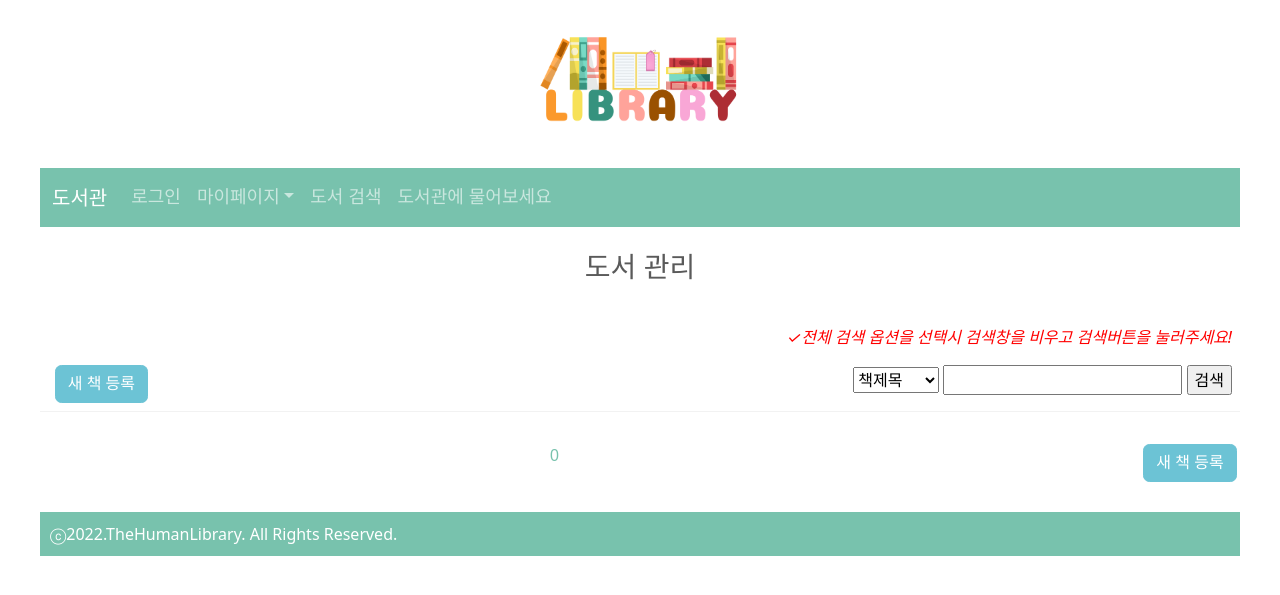
Repository: ahnbin00/Library
Page: http://localhost/BookRental/WEB-INF/book/manageBookList.jsp
These files come from the project's save history. The page is drawn as it stood at one moment and after the next save; the edit follows.
The browser window is 1280 px wide. The pictures show the whole page.
Some web fonts or font styles are not loaded; a fallback is used. Some web libraries are served in a nearby version. The page is served by Tomcat 9. Nobody is signed in. The template is opened directly, without the code that normally fills it, so the values that code supplies are empty.

Above is the page before, as saved 2022-12-23 10:25:53.

After the next save:
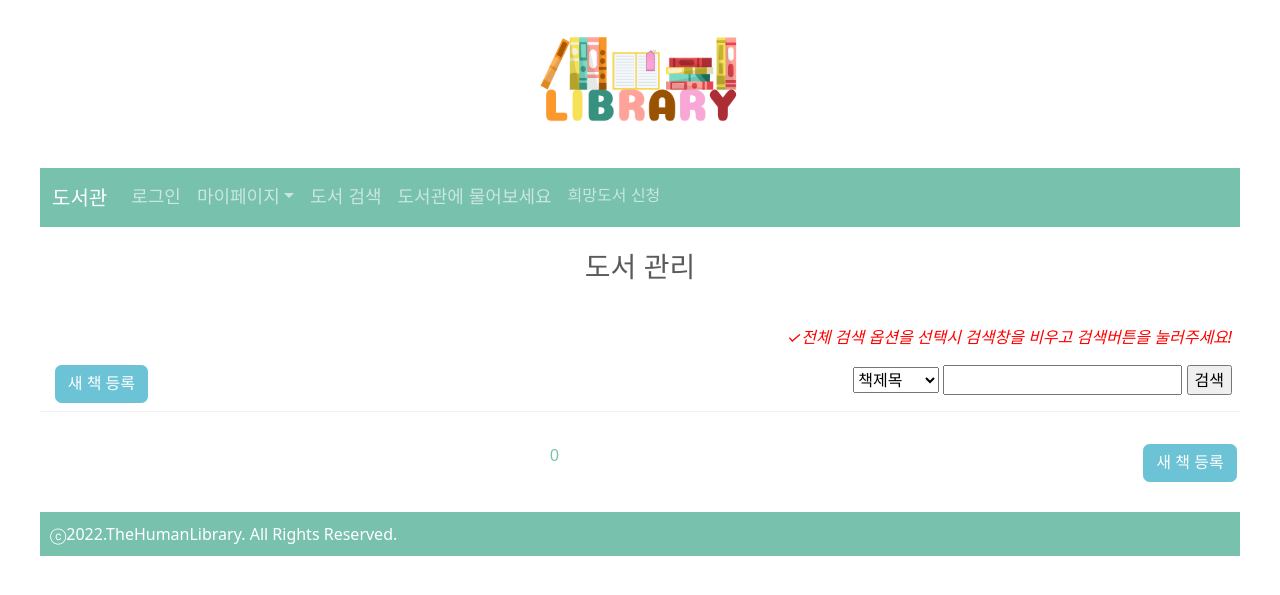
Saved 41 min 38 s later.
--- a/BookRental/src/main/webapp/WEB-INF/book/banner.jsp
+++ b/BookRental/src/main/webapp/WEB-INF/book/banner.jsp
@@ -75,6 +75,9 @@ font-family: 'Jua', sans-serif;
         <li class="nav-item">
           <a class="nav-link" href="getQnaList.do" style="font-size:18px">도서관에 물어보세요</a>
         </li>
+        <li class="nav-item">
+			<a class="nav-link" href="#">희망도서 신청</a>
+		</li>
       </ul>
       </c:if>
 <!--       <form class="d-flex"> -->
